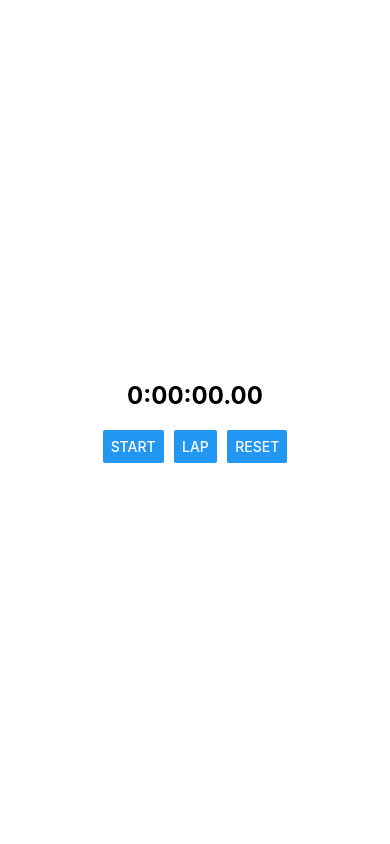
Repository: Shopify/eng-intern-assessment-react-native
Screen: /
An editor plug-in stored every save of this project. The screen is shown before and after the next save, followed by the edit.
The app was drawn by React Native's web renderer in a window 390 px wide. The project was rebuilt for these pictures with package versions that can differ from the ones it lists, and the page was loaded fresh each time.

Above is the screen before, as saved 2024-01-13 12:34:19.

### App.tsx
import { StatusBar } from 'expo-status-bar';
import { StyleSheet, Text, View } from 'react-native';
import StopWatch from './src/StopWatch';

export default function App() {
  return (
    <View style={styles.container}>
      <StopWatch></StopWatch>
      <StatusBar style="auto" />
    </View>
  );
}

const styles = StyleSheet.create({
  container: {
    flex: 1,
    backgroundColor: '#fff',
    alignItems: 'center',
    justifyContent: 'center',
  },
});

### src/StopWatch.tsx
import React, { useState, useEffect } from 'react';
import { Text, View, StyleSheet } from 'react-native';
import StopWatchButton from './StopWatchButton';



const StopWatch = () => {
  const [isRunning, setIsRunning] = useState(false);
  const [timeElapsed, setTimeElapsed] = useState(0);
  const [laps, setLaps] = useState<number[]>([]);

  useEffect(() => {
    let interval: ReturnType<typeof setInterval>;
    if (isRunning) {
      interval = setInterval(() => {
        setTimeElapsed(prevTime => prevTime + 10); // Increment every 10 milliseconds
      }, 10);
    }
    return () => clearInterval(interval);
  }, [isRunning]);

  const handleStartStop = () => {
    setIsRunning(!isRunning);
  };

  const handleLap = () => {
    setLaps([...laps, timeElapsed]);
  };

  const handleReset = () => {
    setIsRunning(false);
    setTimeElapsed(0);
    setLaps([]);
  };

  const formatTimeUnit = (unit: number) => {
    // Helper function to ensure time units are always displayed with two digits
    return unit < 10 ? `0${unit}` : unit.toString();
  };

  const formatTime = (milliseconds: number) => {
    const hours = Math.floor(milliseconds / 3600000); // 1 Hour = 3600000 Milliseconds
    const minutes = Math.floor((milliseconds % 3600000) / 60000); // 1 Minute = 60000 Milliseconds
    const seconds = Math.floor((milliseconds % 60000) / 1000); // 1 Second = 1000 Milliseconds
    const millis = Math.floor((milliseconds % 1000) / 10); // Display only two digits for milliseconds

    return `${hours}:${minutes.toString().padStart(2, '0')}:${seconds.toString().padStart(2, '0')}.${millis.toString().padStart(2, '0')}`;
  };


  return (
    <View style={styles.outerContainer}>
      <View style={styles.container}>
        <Text style={styles.timerText}>{formatTime(timeElapsed)}</Text>
      </View>
      {laps.map((lap, index) => (
        <Text key={index} style={styles.lapText}>{`Lap ${index + 1}: ${formatTime(lap)}`}</Text>
      ))}
      <View style={styles.buttonContainer}>
        <StopWatchButton title={isRunning ? "Stop" : "Start"} onPress={handleStartStop} />
        <StopWatchButton title="Lap" onPress={handleLap} />
        <StopWatchButton title="Reset" onPress={handleReset} />
      </View>
    </View>
  );
};

const styles = StyleSheet.create({
  outerContainer: {
    flex: 1,
    justifyContent: 'center',
    alignItems: 'center',
    width: '100%', // Full width to center the inner container
  },
  container: {
    // Instead of minWidth, we'll use width here to ensure the container size is fixed.
    width: 350, // This width should be the same or greater than the widest possible time string.
    alignItems: 'center', // This will center the text horizontally within the container.
    justifyContent: 'center', // This will center the text vertically within the container.
  },
  timerText: {
    fontSize: 24,
    fontWeight: 'bold',
    // fontFamily: 'monospace',
    // The text is centered within its container, and the container's width is fixed.
    // This should keep the position stable horizontally.
    textAlign: 'center',
  },
  lapText: {
    fontSize: 16,
  },
  buttonContainer: {
    flexDirection: 'row', // This will arrange buttons side by side
    justifyContent: 'space-around',
    width: '50%', // Adjust as needed
    marginTop: 20,
  },
});

export default StopWatch;

### src/StopWatchButton.tsx
import React from 'react';
import { Button, View } from 'react-native';

type Props = {
  title: string;
  onPress: () => void;
};

const StopWatchButton: React.FC<Props> = ({ title, onPress }) => {
  return (
    <View>
      <Button title={title} onPress={onPress} />
    </View>
  );
};

export default StopWatchButton;

After the next save:
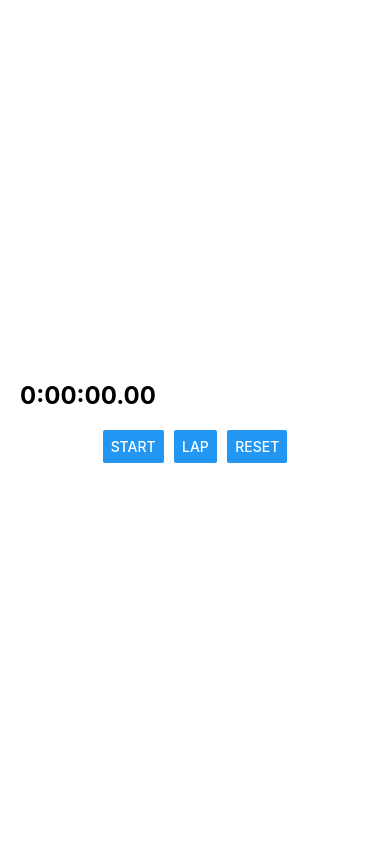
Saved 2 min 37 s later.
--- a/src/StopWatch.tsx
+++ b/src/StopWatch.tsx
@@ -75,7 +75,7 @@
   container: {
     // Instead of minWidth, we'll use width here to ensure the container size is fixed.
     width: 350, // This width should be the same or greater than the widest possible time string.
-    alignItems: 'center', // This will center the text horizontally within the container.
+    alignItems: 'flex-start', // This will center the text horizontally within the container.
     justifyContent: 'center', // This will center the text vertically within the container.
   },
   timerText: {

After the save that followed:
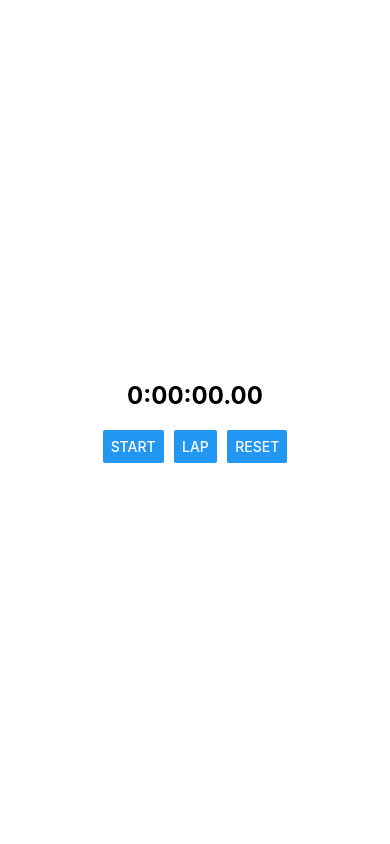
Saved 52 s later.
--- a/src/StopWatch.tsx
+++ b/src/StopWatch.tsx
@@ -75,7 +75,8 @@
   container: {
     // Instead of minWidth, we'll use width here to ensure the container size is fixed.
     width: 350, // This width should be the same or greater than the widest possible time string.
-    alignItems: 'flex-start', // This will center the text horizontally within the container.
+    display: "flex",
+    alignItems: "center",
     justifyContent: 'center', // This will center the text vertically within the container.
   },
   timerText: {
